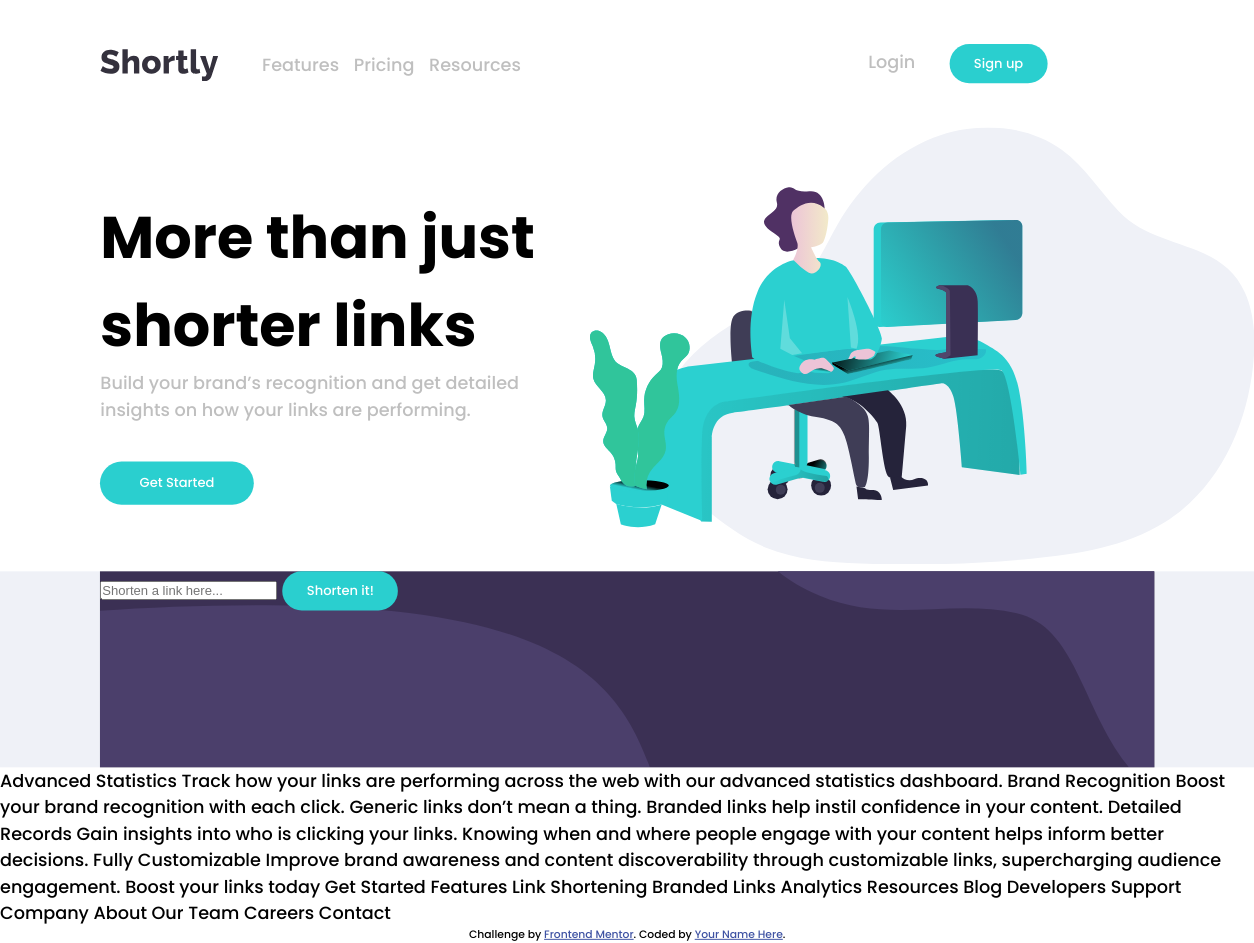
Repository: mamulini/URL-shortener
Page: index.html
An editor plug-in stored every save of this project. The page is shown before and after the next save, followed by the edit.
The browser window is 1280 px wide. The pictures show the whole page, at 98% of full size.
The style sheet was rebuilt from its Sass, Less or Tailwind sources for each picture, by a compiler version that may differ from the author's.

Above is the page before, as saved 2020-04-11 21:43:25.

### index.html
<!DOCTYPE html>
<html lang="en">
<head>
  <meta charset="UTF-8">
  <meta name="viewport" content="width=device-width, initial-scale=1.0"> <!-- displays site properly based on user's device -->

  <link rel="icon" type="image/png" sizes="32x32" href="./images/favicon-32x32.png">
  <link rel="stylesheet" href="./sass/main.css">

  <title>Frontend Mentor | Shortly URL shortening API Challenge</title>

  <!-- Feel free to remove these styles or customise in your own stylesheet 👍 -->

</head>
<body>
  <header class="header container">
    <a href="/" class="header__logo"><img src="./images/logo.svg" alt="logo">
    </a>
    <nav class="nav">
      <ul class="nav__menu">
        <li class="nav__item"><a class="nav__link" href="#">Features</a></li>
        <li class="nav__item"><a class="nav__link" href="#">Pricing</a></li>
        <li class="nav__item"><a class="nav__link" href="#">Resources</a></li>
      </ul>
    </nav>
    <div class="user">
      <a class="user__login" href="#" >Login</a>
      <button class="user__sign-up btn--blue" type="button">Sign up</button>
    </div>

  </header>
  <main class="main">
    <div class="intro">
      <div class="intro__description">
        <h1 class="intro__title">More than just shorter links</h1>
        <p class="intro__subtitle">Build your brand’s recognition and get detailed <br> insights
          on how your links are performing.</p>
        <button class="intro__btn btn--blue">Get Started</button>

      </div>
      <div class="intro__img">
        <img src="./images/illustration-working.svg" alt="image">
      </div>
    </div>
    <div class="shorten ">
      <div class="shorten__handler container">
        <form class="shorten__form">
          <input class="shorten__input" type="text" placeholder="Shorten a link here...">
          <button class="shorten__btn btn--blue" type="button">Shorten it!</button>
        </form>
      </div>
    </div>
  </main>












  Advanced Statistics

  Track how your links are performing across the web with our
  advanced statistics dashboard.

  Brand Recognition

  Boost your brand recognition with each click. Generic links don’t
  mean a thing. Branded links help instil confidence in your content.

  Detailed Records

  Gain insights into who is clicking your links. Knowing when and where
  people engage with your content helps inform better decisions.

  Fully Customizable

  Improve brand awareness and content discoverability through customizable
  links, supercharging audience engagement.

  Boost your links today

  Get Started

  Features

  Link Shortening
  Branded Links
  Analytics

  Resources

  Blog
  Developers
  Support

  Company

  About
  Our Team
  Careers
  Contact

  <div class="attribution">
    Challenge by <a href="https://www.frontendmentor.io?ref=challenge" target="_blank">Frontend Mentor</a>.
    Coded by <a href="#">Your Name Here</a>.
  </div>
</body>
</html>

### sass/main.scss
@import url('https://fonts.googleapis.com/css2?family=Poppins:wght@500;700&display=swap');

// colors
$text_gray: hsl(0, 0%, 75%);
$cyan_btn:  hsl(180, 66%, 49%);
$dark_violet : hsl(257, 27%, 26%);

* {
    padding: 0;
    margin: 0;
    box-sizing: border-box;
}

body{
    font-size: 18px;
    font-family: 'poppins', sans-serif;
    font-weight: 500;

}

img {
    max-width: 100%;
}

.container {
    max-width: 84%;
    margin: 0 auto;
}

.header {
    margin-top: 40px;
    margin-bottom: 40px;
    display: flex;
    justify-content: flex-start;
    align-items: center;
    &__logo{
        flex: 0 0 25%;
        max-width: 150px;
        margin-top: 10px;
    }
}

.nav{
    flex: 0 0 25%;
    &__menu{
        display: flex;
        justify-content: space-between;
        list-style: none;

    }

    &__item{
        margin-left: 15px;
    }

    &__link{
        text-decoration: none;
        color: $text_gray;
        &:hover{
            color: #000000;
        }
    }
}

.user{
    flex: 0 0 50%;
    text-align: right;

    &__login{
        color: $text_gray;
        margin-right: 30px;
        text-decoration: none;
        &:hover{
            color: #000000;
        }
    }
}

.btn--blue{
    padding: 10px 25px;
    border: none;
    cursor: pointer;
    display: inline-block;
    border-radius: 50px;
    background: $cyan_btn;
    outline: none;
    color: #ffffff;
    font-family: 'poppins', sans-serif;
    font-weight: 500;

    &:hover{
        opacity: .5;
    }

    &:active{
        transform: scale(0.90);
    }
}

.intro{
    display: flex;
    justify-content: space-between;

    &__description{
        display: flex;
        flex-direction: column;
        justify-content: center;
        align-items: flex-start;
        max-width: 500px;
        margin-left: 8%;
    }

    &__title {
        font-size: 60px;
    }

    &__subtitle {
        text-align-last: left;
        color: $text_gray;
    }

    &__btn{
        margin-top: 40px;
        padding: 12px 40px;
    }
}

.shorten{
    background: #eff1f7;;

    &__handler{
        background-image: url('../images/bg-shorten-desktop.svg') ;
        background-position: center ;
        background-size: cover;
        height: 200px;
        background-color: $dark_violet;
    }
}

.attribution { font-size: 11px; text-align: center; }
.attribution a { color: hsl(228, 45%, 44%); }

After the next save:
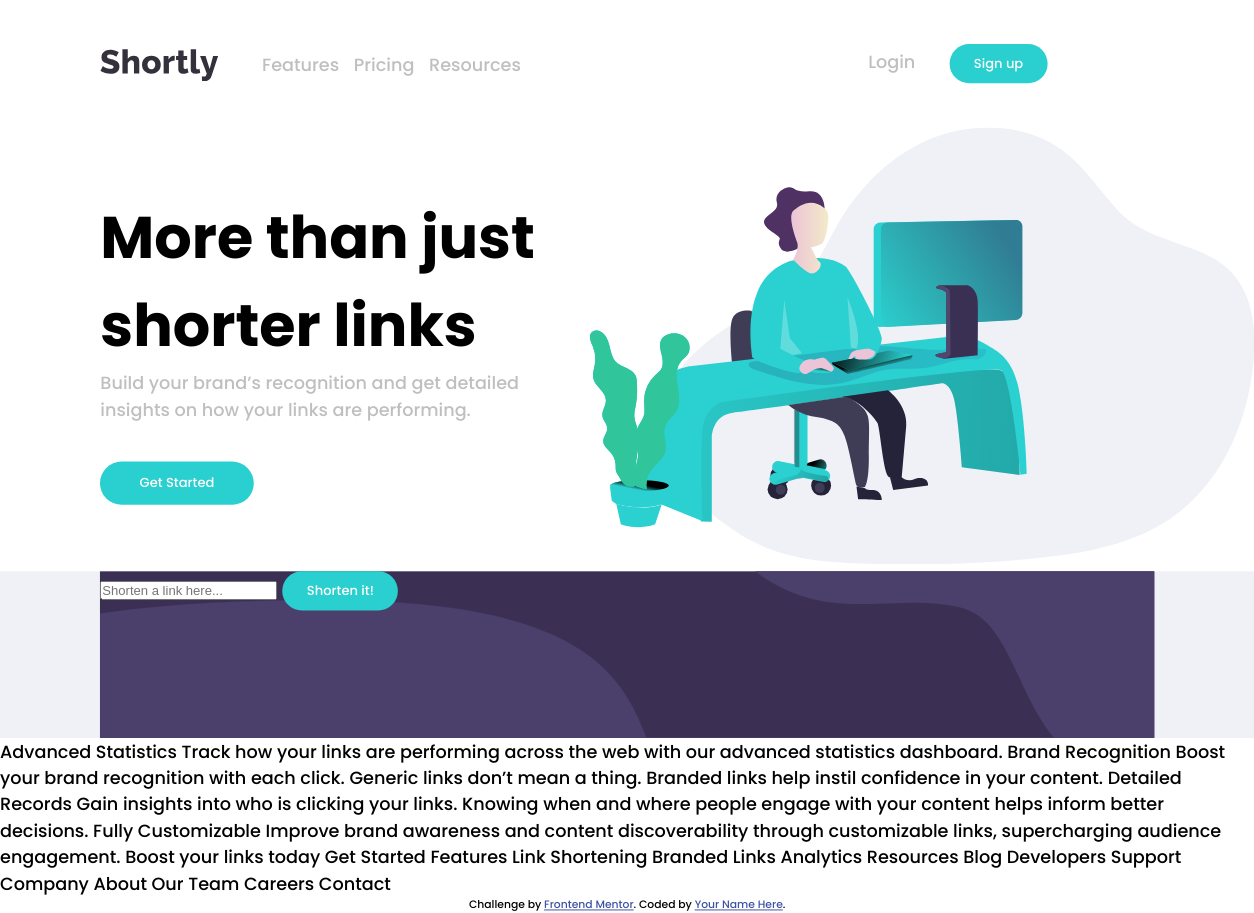
Saved 46 s later.
--- a/sass/main.scss
+++ b/sass/main.scss
@@ -132,7 +132,7 @@ img {
         background-image: url('../images/bg-shorten-desktop.svg') ;
         background-position: center ;
         background-size: cover;
-        height: 200px;
+        height: 170px;
         background-color: $dark_violet;
     }
 }
